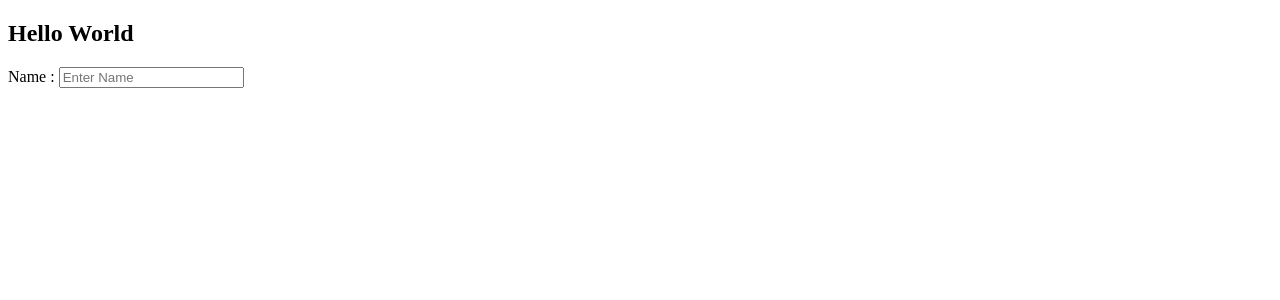
Repository: Ramakrishnmagadum/Testing_Branch
Page: http://localhost/URLFromSubmitIssue/showHelloWorld
An editor plug-in stored every save of this project. The page is shown before and after the next save, followed by the edit.
The browser window is 1280 px wide. The pictures show the whole page.
The page is served by Tomcat 9.

Above is the page before, as saved 2025-05-12 09:41:29.

After the next save:
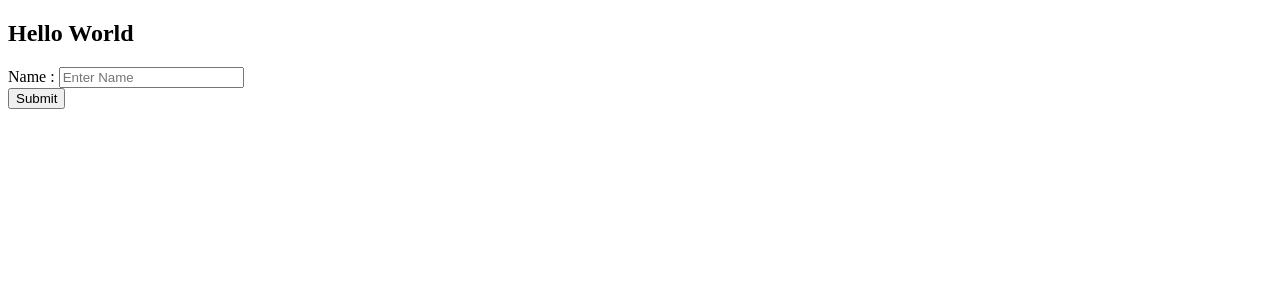
Saved 32 s later.
--- a/URLFromSubmitIssue/src/main/webapp/WEB-INF/view/ShowHelloWorld.jsp
+++ b/URLFromSubmitIssue/src/main/webapp/WEB-INF/view/ShowHelloWorld.jsp
@@ -12,7 +12,8 @@
 
 <h2>Hello World</h2>
 <label for="name">Name : </label>
-<input id="name" type="text" placeholder="Enter Name">
+<input id="name" type="text" placeholder="Enter Name"><br>
+<input type="submit" value="Submit">
 </form>
 
 </body>
